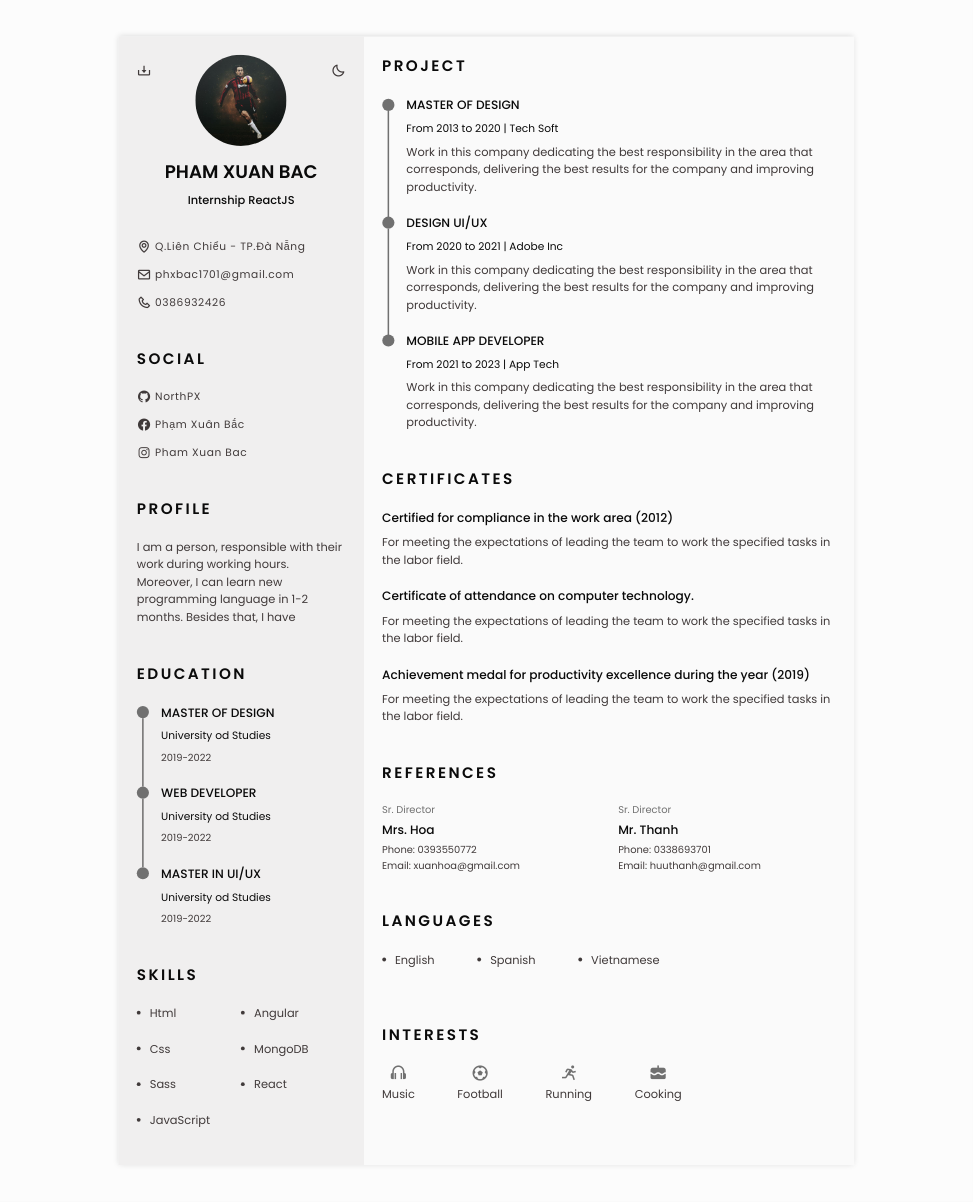
Repository: northpx/myCV
Page: index.html
An editor plug-in stored every save of this project. The page is shown before and after the next save, followed by the edit.
The browser window is 1280 px wide. The pictures show the whole page, at 76% of full size.

Above is the page before, as saved 2023-02-23 16:28:10.

### index.html
<!DOCTYPE html>
<html lang="en">
<head>
    <meta charset="UTF-8">
    <meta http-equiv="X-UA-Compatible" content="IE=edge">
    <meta name="viewport" content="width=device-width, initial-scale=1.0">
    <link rel="stylesheet" href="./src/css/styles.css">
    <link rel="stylesheet" href="https://cdn.jsdelivr.net/npm/boxicons@latest/css/boxicons.min.css">
    <title>Pham Xuan Bac</title>
</head>
<body>
    <header class="l-header" id="header">
        <nav class="nav bd-container">
            <a href="#" class="nav__logo">Bac</a>
            <div class="nav__menu" id="nav-menu">
                <ul class="nav__list">
                    <li class="nav__item">
                        <a href="#home" class="nav__link active-link">
                            <i class='bx bx-home nav__icon' ></i>HOME
                        </a>
                    </li>
                    <li class="nav__item">
                        <a href="#profile" class="nav__link">
                            <i class='bx bx-user nav__icon' ></i>USER
                        </a>
                    </li>
                    <li class="nav__item">
                        <a href="#education" class="nav__link">
                            <i class='bx bx-book nav__icon' ></i>EDUCATION
                        </a>
                    </li>
                    <li class="nav__item">
                        <a href="#skills" class="nav__link">
                            <i class='bx bx-receipt nav__icon' ></i>SKILLS
                        </a>
                    </li>
                    <li class="nav__item">
                        <a href="#project" class="nav__link">
                            <i class='bx bx-briefcase-alt nav__icon' ></i>PROJECT
                        </a>
                    </li>
                    <li class="nav__item">
                        <a href="#certificates" class="nav__link">
                            <i class='bx bx-award nav__icon' ></i>CERTIFICATES
                        </a>
                    </li>

                    <li class="nav__item">
                        <a href="#references" class="nav__link">
                            <i class='bx bx-link-external nav__icon' ></i>REFERENCES
                        </a>
                    </li>
                </ul>
            </div>

            <div class="nav__toogle" id="nav-toggle">
                <i class="bx bx-grid-alt"></i>
            </div>
        </nav>
    </header>
    <main class="l-main bd-container">
        <div class="resume" id="area-cv">
            <div class="resume__left">
                <section class="home" id="home">
                    <div class="home__container section bd-grid">
                        <div class="home__data bd-grid">
                            <img src="./src/img/z3668101589347_355da8c054c5f58beb49364ce3f9e5b5.jpg" alt="" class="home__img">
                            <h1 class="home__title"><b>PHAM XUAN BAC</b></h1>
                            <h3 class="home__profession">Internship ReactJS</h3>
                            <div>
                                <a download="" href="./src/pdf/resumecv.pdf" class="home__button-movil">Dowload</a>
                            </div>
                        </div>
                        <div class="home__address bd-grid">
                            <span class="home__information">
                                <i class="bx bx-map home__icon"></i> Q.Liên Chiểu - TP.Đà Nẵng
                            </span>
                            <span class="home__information">
                                <i class="bx bx-envelope home__icon"></i> phxbac1701@gmail.com
                            </span>
                            <span class="home__information">
                                <i class="bx bx-phone home__icon"></i> 0386932426
                            </span>
                        </div>
                    </div>
                    <i class="bx bx-moon change-theme" title="Theme" id="theme-button"></i>
                    <i class="bx bx-download generate-pdf" title="Generate PDF" id="resume-button"></i>
                </section>

                <section class="social section">
                    <h2 class="section-title">SOCIAL</h2>
                    <div class="social__container bd-grid">
                        <a href="https://github.com/northpx" target="_blank" class="social_link">
                            <i class="bx bxl-github social__icon"></i> NorthPX
                        </a>
                        <a href="https://www.facebook.com/north.px.13/" target="_blank" class="social_link">
                            <i class="bx bxl-facebook-circle social__icon"></i> Phạm Xuân Bắc
                        </a>
                        <a href="https://www.instagram.com/_north.px_/" target="_blank" class="social_link">
                            <i class="bx bxl-instagram social__icon"></i> Pham Xuan Bac
                        </a>
                    </div>
                </section>

                <section class="profile section" id="profile">
                    <h2 class="section-title">Profile</h2>
                    <p class="profile__description">
                        I am a person, responsible with their work during working hours. Moreover, I can learn new programming language in 1-2 months. Besides that, I have
                    </p>
                </section>

                <section class="education section" id="education">
                    <h2 class="section-title">Education</h2>
                    <div class="education__container bd-grid">
                        <div class="education__content">
                            <div class="education__time">
                                <span class="education__rounder"></span>
                                <span class="education__line"></span>
                            </div>
                            <div class="education__data bd-grid">
                                <h3 class="education__title">MASTER OF DESIGN</h3>
                                <span class="education__studies">University od Studies</span>
                                <span class="education__year">2019-2022</span>
                            </div>
                        </div>

                        <div class="education__content">
                            <div class="education__time">
                                <span class="education__rounder"></span>
                                <span class="education__line"></span>
                            </div>
                            <div class="education__data bd-grid">
                                <h3 class="education__title">WEB DEVELOPER</h3>
                                <span class="education__studies">University od Studies</span>
                                <span class="education__year">2019-2022</span>
                            </div>
                        </div>

                        <div class="education__content">
                            <div class="education__time">
                                <span class="education__rounder"></span>
                                <!-- <span class="education__line"></span> -->
                            </div>
                            <div class="education__data bd-grid">
                                <h3 class="education__title">MASTER IN UI/UX</h3>
                                <span class="education__studies">University od Studies</span>
                                <span class="education__year">2019-2022</span>
                            </div>
                        </div>
                    </div>
                </section>

                <section class="skills section" id="skills">
                    <h2 class="section-title">Skills</h2>
                    <div class="skills__content bd-grid">
                        <ul class="skills__data">
                            <li class="skills__name">
                                <span class="skills__circle"></span> Html
                            </li>
                            <li class="skills__name">
                                <span class="skills__circle"></span> Css
                            </li>
                            <li class="skills__name">
                                <span class="skills__circle"></span> Sass
                            </li>
                            <li class="skills__name">
                                <span class="skills__circle"></span> JavaScript
                            </li>
                        </ul>

                        <ul class="skills__data">
                            <li class="skills__name">
                                <span class="skills__circle"></span> Angular
                            </li>
                            <li class="skills__name">
                                <span class="skills__circle"></span> MongoDB
                            </li>
                            <li class="skills__name">
                                <span class="skills__circle"></span> React
                            </li>
                        </ul>
                    </div>
                </section>
            </div>

            <div class="resume__right">
                <section class="project section" id="project">
                    <h2 class="section-title">project</h2>
                    <div class="project__container bd-grid">
                        <div class="project__content">
                            <div class="project__time">
                                <span class="project__rounder"></span>
                                <span class="project__line"></span>
                            </div>
                            <div class="project__data bd-grid">
                                <h3 class="project__title">MASTER OF DESIGN</h3>
                                <span class="project__company">From 2013 to 2020 | Tech Soft</span>
                                <p class="project__description">Work in this company dedicating the best responsibility in the area that corresponds, delivering the best results for the company and improving productivity.</p>
                            </div>
                        </div>
                        <div class="project__content">
                            <div class="project__time">
                                <span class="project__rounder"></span>
                                <span class="project__line"></span>
                            </div>
                            <div class="project__data bd-grid">
                                <h3 class="project__title">DESIGN UI/UX</h3>
                                <span class="project__company">From 2020 to 2021 | Adobe Inc</span>
                                <p class="project__description">Work in this company dedicating the best responsibility in the area that corresponds, delivering the best results for the company and improving productivity.</p>
                            </div>
                        </div>
                        <div class="project__content">
                            <div class="project__time">
                                <span class="project__rounder"></span>
                            </div>
                            <div class="project__data bd-grid">
                                <h3 class="project__title">MOBILE APP DEVELOPER</h3>
                                <span class="project__company">From 2021 to 2023 | App Tech</span>
                                <p class="project__description">Work in this company dedicating the best responsibility in the area that corresponds, delivering the best results for the company and improving productivity.</p>
                            </div>
                        </div>
                    </div>
                </section>

                <section class="certificate section" id="certificates">
                    <h2 class="section-title">Certificates</h2>
                    <div class="certificate__container bd-grid">
                        <div class="certificate__content">
                            <h3 class="certificate__title">Certified for compliance in the work area (2012)</h3>
                            <p class="certificate__description">For meeting the expectations of leading the team to work the specified tasks in the labor field.</p>
                        </div>

                        <div class="certificate__content">
                            <h3 class="certificate__title">Certificate of attendance on computer technology.</h3>
                            <p class="certificate__description">For meeting the expectations of leading the team to work the specified tasks in the labor field.</p>
                        </div>

                        <div class="certificate__content">
                            <h3 class="certificate__title">Achievement medal for productivity excellence during the year (2019)</h3>
                            <p class="certificate__description">For meeting the expectations of leading the team to work the specified tasks in the labor field.</p>
                        </div>
                    </div>
                </section>

                <section class="references section" id="references">
                    <h2 class="section-title">References</h2>
                    <div class="references__container bd-grid">
                        <div class="references__content bd-grid">
                            <span class="references__subtitle">Sr. Director</span>
                            <h3 class="references__title">Mrs. Hoa</h3>
                            <ul class="references__contact">
                                <li>Phone: 0393550772</li>
                                <li>Email: xuanhoa@gmail.com</li>
                            </ul>
                        </div>

                        <div class="references__content bd-grid">
                            <span class="references__subtitle">Sr. Director</span>
                            <h3 class="references__title">Mr. Thanh</h3>
                            <ul class="references__contact">
                                <li>Phone: 0338693701</li>
                                <li>Email: huuthanh@gmail.com</li>
                            </ul>
                        </div>
                    </div>
                </section>

                <section class="languages section">
                    <h2 class="section-title">Languages</h2>
                    <div class="languages__container bd-grid">
                        <ul class="languages__content bd-grid">
                            <li class="languages_name">
                                <span class="languages__circle"></span> English
                            </li>
                            <li class="languages_name">
                                <span class="languages__circle"></span> Spanish
                            </li>
                            <li class="languages_name">
                                <span class="languages__circle"></span> Vietnamese
                            </li>

                        </ul>
                    </div>
                </section>

                <section class="interests section">
                    <h2 class="section-title">Interests</h2>
                    <div class="interests__container bd-grid">
                        <div class="interests__content">
                            <i class="bx bx-headphone interests__icon"></i>
                            <span class="interests__name">Music</span>
                        </div>
                        <div class="interests__content">
                            <i class='bx bx-football interests__icon' ></i>
                            <span class="interests__name">Football</span>
                        </div>
                        <div class="interests__content">
                            <i class='bx bx-run interests__icon' ></i>
                            <span class="interests__name">Running</span>
                        </div>
                        <div class="interests__content">
                            <i class='bx bxs-cake interests__icon' ></i>
                            <span class="interests__name">Cooking</span>
                        </div>
                    </div>
                </section>
            </div>
        </div>
    </main>

    <a href="#" class="scrolltop" id="scroll-top">
        <i class="bx bx-up-arrow-alt scrolltop__icon"></i>
    </a>
    <script src="./src/js/html2pdf.bundle.min.js"></script>
    <script src="./src/js/scripts.js"></script>
</body>
</html>

Loaded but not shown: src/js/html2pdf.bundle.min.js (library); src/js/scripts.js (107 lines, source omitted); src/css/styles.css (578 lines, source omitted)

After the next save:
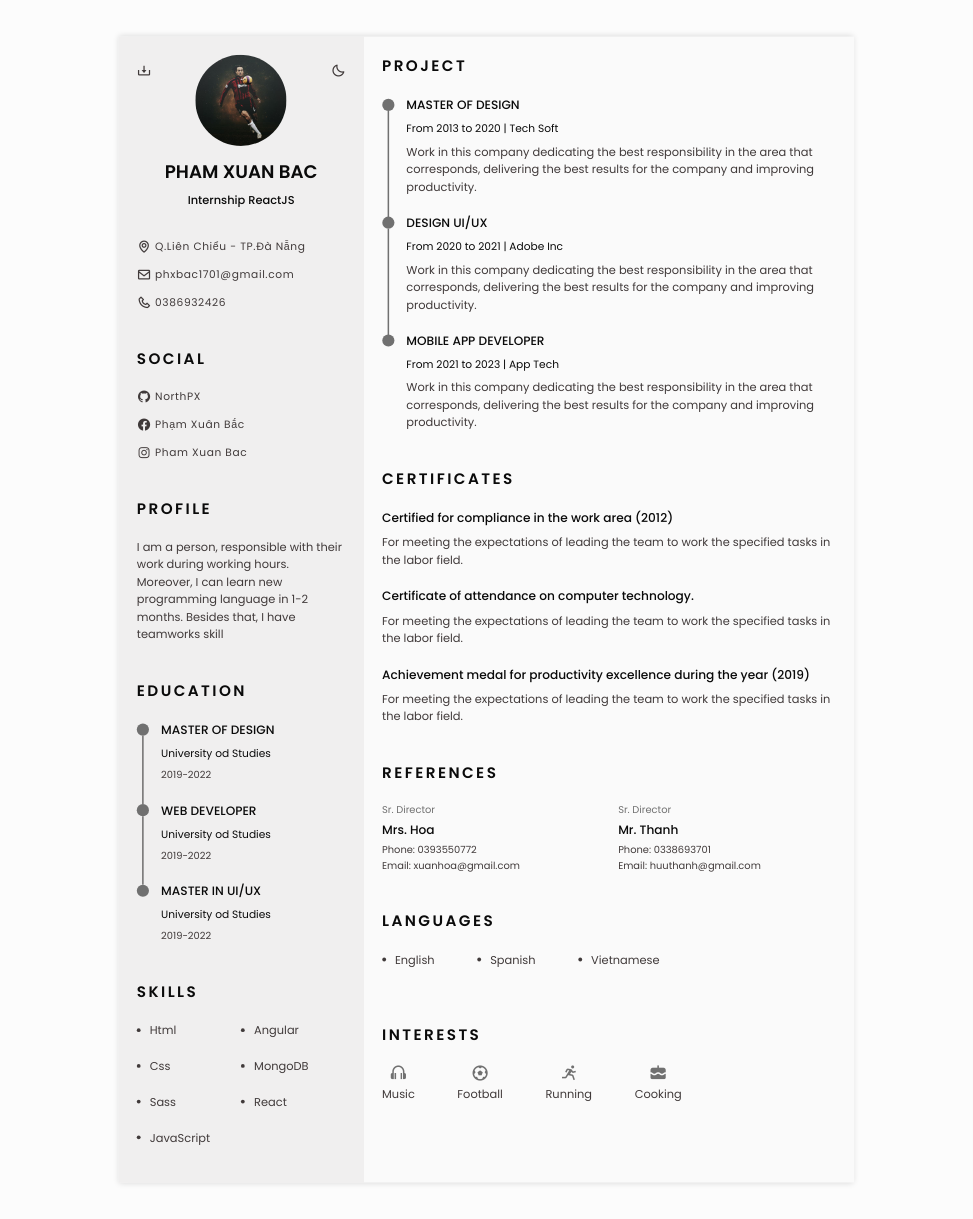
Saved 7 s later.
--- a/index.html
+++ b/index.html
@@ -105,7 +105,7 @@
                 <section class="profile section" id="profile">
                     <h2 class="section-title">Profile</h2>
                     <p class="profile__description">
-                        I am a person, responsible with their work during working hours. Moreover, I can learn new programming language in 1-2 months. Besides that, I have
+                        I am a person, responsible with their work during working hours. Moreover, I can learn new programming language in 1-2 months. Besides that, I have teamworks skill
                     </p>
                 </section>
 
